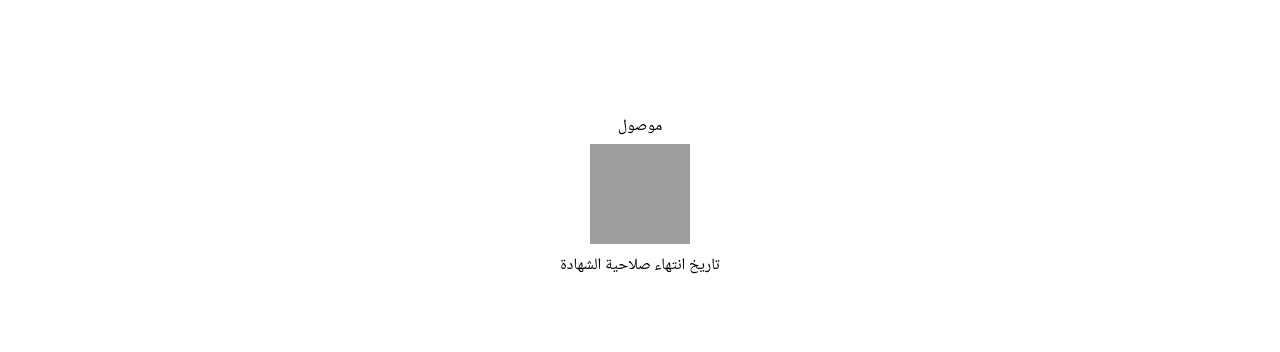
Repository: khanshakiil/ArabicHTMLToPDF
Page: HospitalFrontDesk/src/main/resources/html.html
These files come from the project's save history. The page is drawn as it stood at one moment and after the next save; the edit follows.
The browser window is 1280 px wide. The pictures show the whole page.
Pictures or frames that could not be fetched are drawn as grey boxes.

Above is the page before, as saved 2020-03-05 20:08:42.

### HospitalFrontDesk/src/main/resources/html.html
<!DOCTYPE html>
<html>

<head>
<style>
table {
margin: 60px;
padding: 50px;

}
tr{
align: left;
}

#qrCode{
width: 100px;
height: 100px;
}
</style>

</head>

<body>
<center>
<table style="align-items: center" >
<tr align="center"><td dir="rtl" style="font-family: Noto Naskh Arabic">موصول</td></tr>
<tr align="center"><td dir="rtl"><img src="E:\\qrcode.png" id="qrCode"></img></td> </tr>
<tr align="center"><td dir="rtl" style="font-family: Noto Naskh Arabic">تاريخ انتهاء صلاحية الشهادة </td></tr>

</table></center>
</body>

</html>

After the next save:
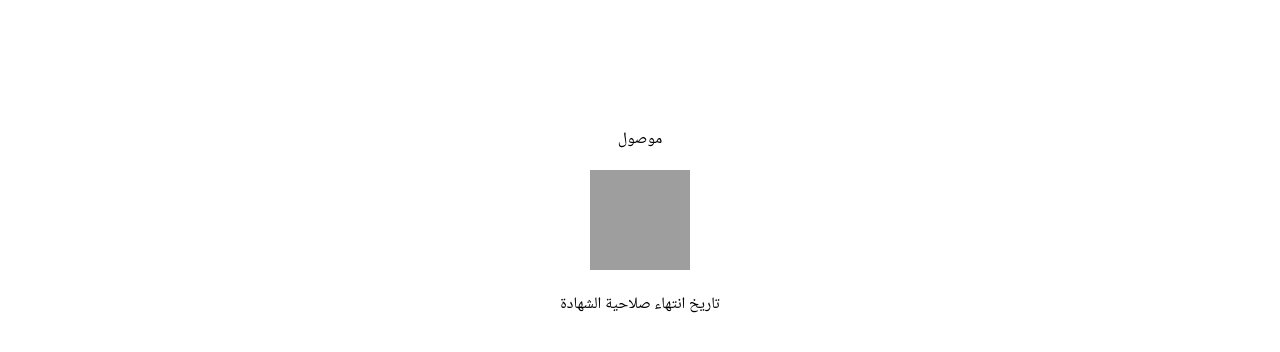
Saved 67 s later.
--- a/HospitalFrontDesk/src/main/resources/html.html
+++ b/HospitalFrontDesk/src/main/resources/html.html
@@ -6,6 +6,8 @@
 table {
 margin: 60px;
 padding: 50px;
+border-collapse:separate;
+                border-spacing:0 15px;
 
 }
 tr{
